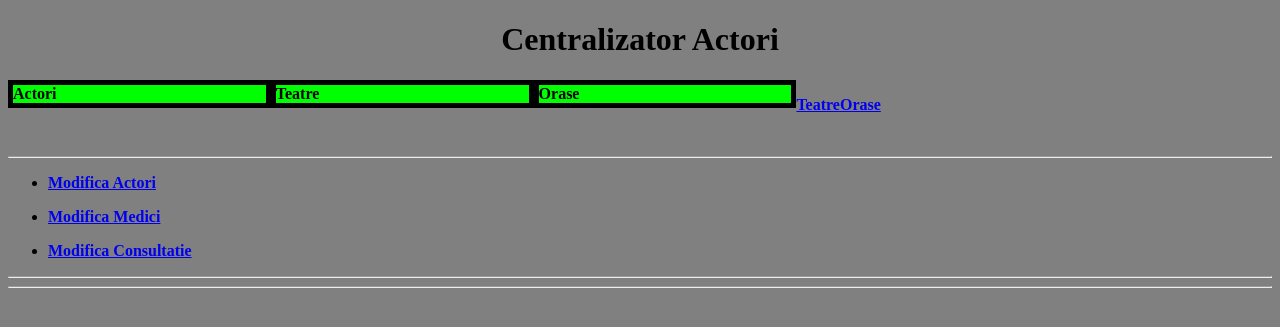
Repository: SusStefan/ActorDB
Page: Actori/src/main/webapp/index.html
These files come from the project's save history. The page is drawn as it stood at one moment and after the next save; the edit follows.
The browser window is 1280 px wide. The pictures show the whole page.

Above is the page before, as saved 2025-12-12 20:29:24.

### Actori/src/main/webapp/index.html
<!DOCTYPE html>
<!--
To change this license header, choose License Headers in Project Properties.
To change this template file, choose Tools | Templates
and open the template in the editor.
-->
<html>
 <head>
 <title>ACTORIDB</title>
 <meta charset="UTF-8">
 <meta name="viewport" content="width=device-width, initial-scale=1.0">
 </head>
 <body>
 <h1 id="titlu">Centralizator Actori</h1>
 <div id="butholder">
 <div class="cssbutton "id="Butactori"><b><strong>Actori</strong></b></div>
 <div class="cssbutton "id="Butactori"><b><strong>Teatre</strong></b></div>
 <div class="cssbutton "id="Butactori"><b><strong>Orase</strong></b></div>
 <p> <a href="tabela_actori.jsp"></a></p>
 <p> <a href="tabela_teatre.jsp"><b><strong>Teatre</strong></b></a></p>
 <p> <a href="tabela_orase.jsp"><b><strong>Orase</strong></b></a></p>
 </div>
 <br/>
 <hr>
 <ul>
 <li><a href="modifica_Pacient.jsp"><b><strong>Modifica Actori</strong></b></a></li>
 </ul>
 <ul>
 <li><a href="modifica_Medic.jsp"><b><strong>Modifica Medici</strong></b></a></li>
 </ul>
 <ul>
 <li><a href="modifica_Consultatie.jsp"><b><strong>Modifica Consultatie</strong></b></a></li>
 </ul>
 <hr>
 <hr>
 </body>
 <style>
 body{
 background-color: gray;
 }
 #butholder
 {
 display:flex;

 }
 #titlu{
 text-align:center;
 font: Arial;
 text-color: red;
 }
 .cssbutton
 {
 width:20%;
 height:10%;
 background-color:lime;
 border: 5px solid black}
 .cssbutton:hover
 {
  background-color:green;
  border: 5px solid white
  }
 }

 </style>
</html>

After the next save:
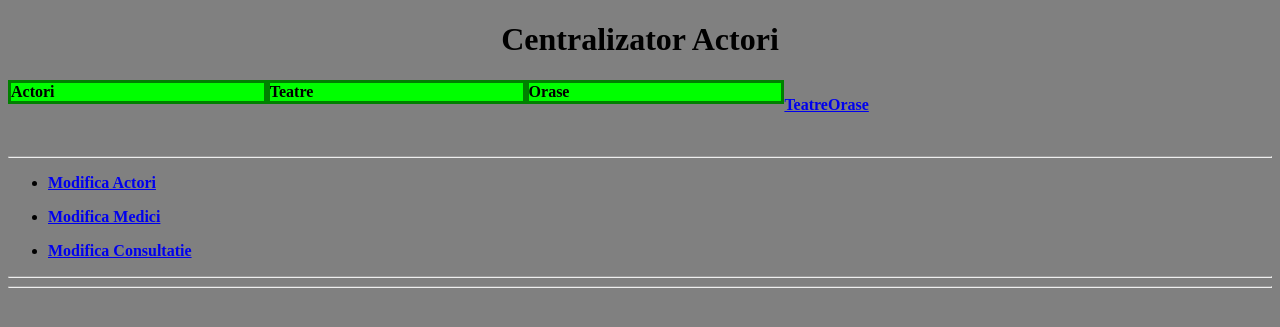
Saved 19 s later.
--- a/Actori/src/main/webapp/index.html
+++ b/Actori/src/main/webapp/index.html
@@ -53,11 +53,11 @@ and open the template in the editor.
  width:20%;
  height:10%;
  background-color:lime;
- border: 5px solid black}
+ border: 3px solid green}
  .cssbutton:hover
  {
   background-color:green;
-  border: 5px solid white
+  border: 3px solid black
   }
  }
 
